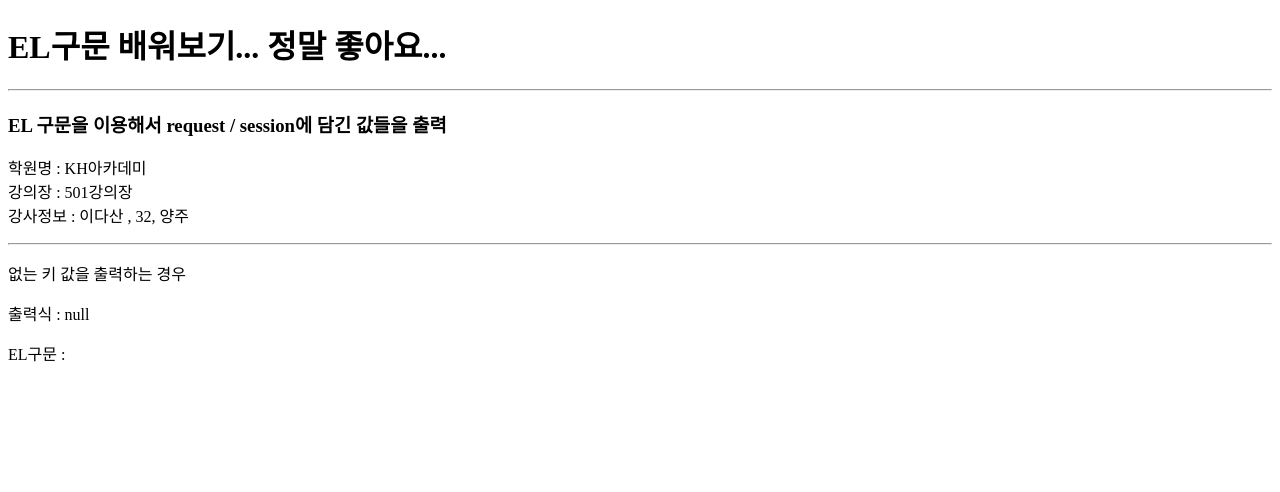
Repository: ham-zi/front-practice
Page: http://localhost/ActionProject/el.do
The author's editor kept a copy of each file at every save. The page is drawn from the files as they stood at one save, then again after the next save.
The browser window is 1280 px wide. The pictures show the whole page.
The page is served by Tomcat 9.

Above is the page before, as saved 2026-05-06 06:09:36.

After the next save:
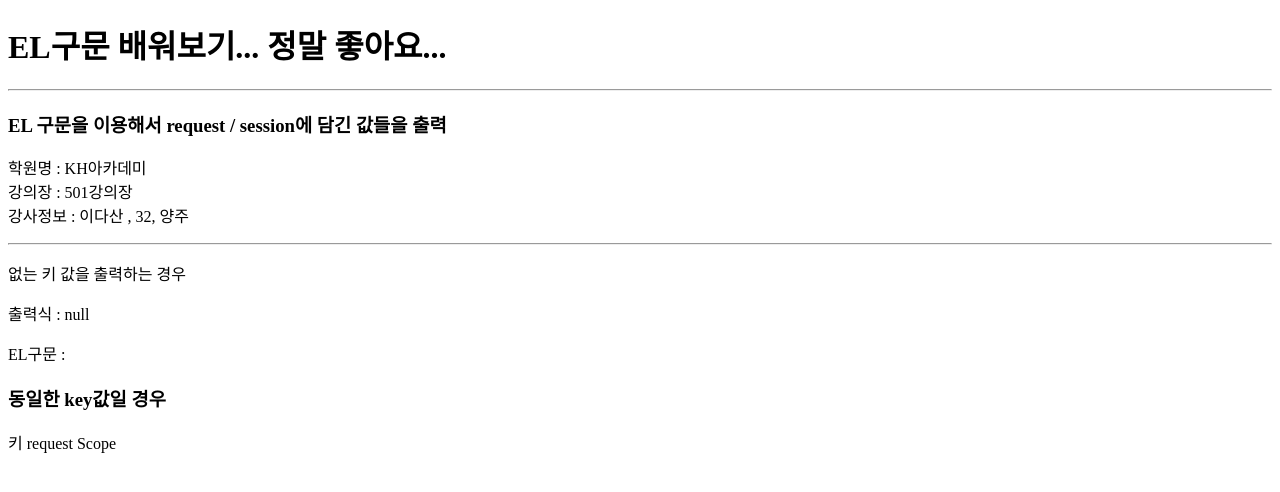
Saved 56 s later.
--- a/dynamic-workspace/ActionProject/src/main/webapp/WEB-INF/views/01_el.jsp
+++ b/dynamic-workspace/ActionProject/src/main/webapp/WEB-INF/views/01_el.jsp
@@ -77,9 +77,12 @@
 	 <p>없는 키 값을 출력하는 경우</p>
 
 	<p> 출력식 : <%= request.getAttribute("classRom") %></p>
-	<p> EL구문 : ${classRom }
+	<p> EL구문 : ${classRom } <!-- 오타가 빈문자열로 나옴, 꼼꼼하게 확인할것  -->
 
 
+	<h3>동일한 key값일 경우</h3>
+
+	키 ${ key }
 
 </body>
 </html>
